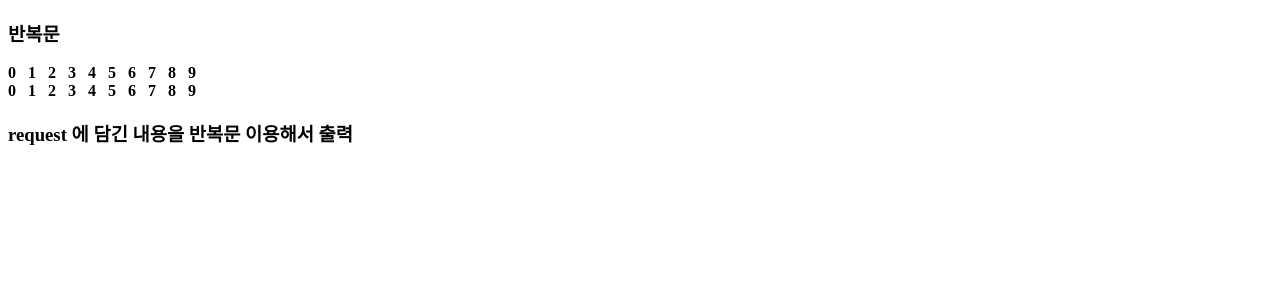
Repository: hyunhee7/web_work
Page: http://localhost/Step17_JSTL/jstl/test01.jsp
These files come from the project's save history. The page is drawn as it stood at one moment and after the next save; the edit follows.
The browser window is 1280 px wide. The pictures show the whole page.
The page is served by Tomcat 9.

Above is the page before, as saved 2017-07-12 06:02:12.

### Step17_JSTL/WebContent/jstl/test01.jsp
<%@page import="java.util.List"%>
<%@page import="java.util.ArrayList"%>
<%@ page language="java" contentType="text/html; charset=UTF-8"
    pageEncoding="UTF-8"%>
<!-- jstl 라이브러리 사용할 준비 -->
<%@taglib uri="http://java.sun.com/jsp/jstl/core"  prefix="c"%>
<%
	//아래 작업은 Action 객체에서
	List<String> names=new ArrayList<String>();
	names.add("김구라");
	names.add("해골");
	names.add("원숭이");

	request.setAttribute("names", names);
	//이 페이지로 forward 이동 되었다고 가정하자.

%>
<!DOCTYPE html PUBLIC "-//W3C//DTD HTML 4.01 Transitional//EN" "http://www.w3.org/TR/html4/loose.dtd">
<html>
<head>
<meta http-equiv="Content-Type" content="text/html; charset=UTF-8">
<title>/jstl/test01.jsp</title>
</head>
<body>
<h3>반복문</h3>
<%for(int i=0; i<10;i++){ %>
	<strong><%=i %></strong> &nbsp;
<%} %>
<br />
<c:forEach var="i" begin="0" end="9" step="1">
	<strong>${i }</strong> &nbsp;
</c:forEach>

<h3>request 에 담긴 내용을 반복문 이용해서 출력</h3>
<% List<String> names2=(List<String>)request.getAttribute("names"); %>
</body>
</html>

After the next save:
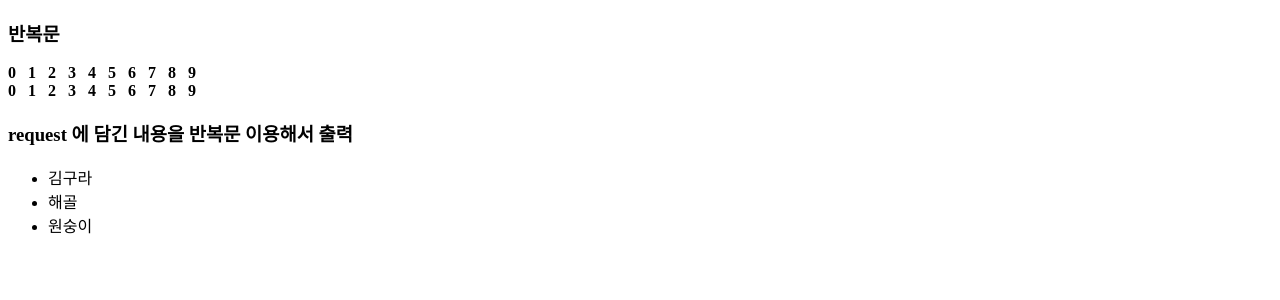
Saved 2 min 14 s later.
--- a/Step17_JSTL/WebContent/jstl/test01.jsp
+++ b/Step17_JSTL/WebContent/jstl/test01.jsp
@@ -33,5 +33,10 @@
 
 <h3>request 에 담긴 내용을 반복문 이용해서 출력</h3>
 <% List<String> names2=(List<String>)request.getAttribute("names"); %>
+<ul>
+	<%for(String tmp:names2){ %>
+		<li><%=tmp %></li>
+	<%} %>
+</ul>
 </body>
 </html>
